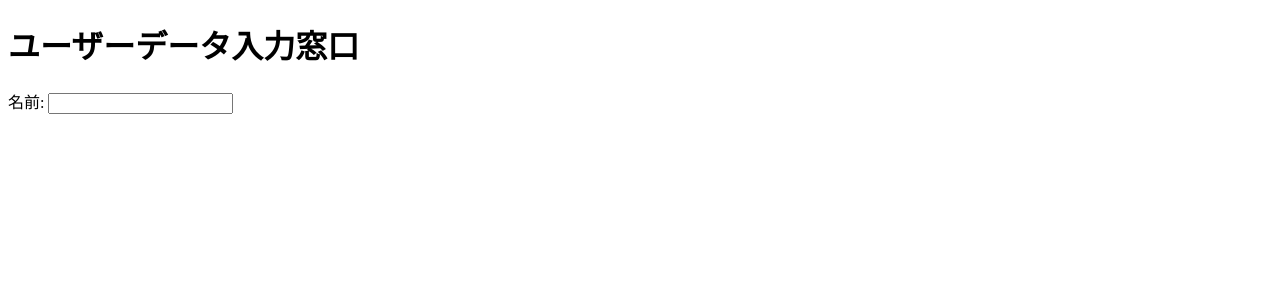
Repository: isopets/next-market
Page: form2.html
An editor plug-in stored every save of this project. The page is shown before and after a run of saves, followed by the edit.
The browser window is 1280 px wide. The pictures show the whole page.

Above is the page before, as saved 2022-06-08 00:50:20.

### form2.html
<!DOCTYPE html>
<html lang="en">

<head>
    <meta charset="UTF-8">
    <meta http-equiv="X-UA-Compatible" content="IE=edge">
    <meta name="viewport" content="width=device-width, initial-scale=1.0">
    <title>Document</title>
</head>

<body>
    <h1>ユーザーデータ入力窓口</h1>
    <form action="http://localhost:3000/api/user/register" method="POST">
        名前: <input type="text" name="name">
    </form>
</body>

</html>

After the next 4 saves:
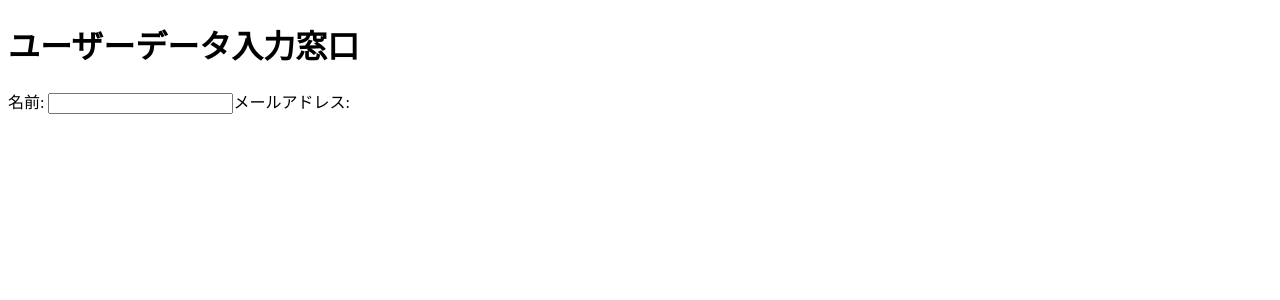
The 4 saves are shown as one change because they came seconds apart.
The last was saved 24 s later.
--- a/form2.html
+++ b/form2.html
@@ -11,7 +11,7 @@
 <body>
     <h1>ユーザーデータ入力窓口</h1>
     <form action="http://localhost:3000/api/user/register" method="POST">
-        名前: <input type="text" name="name">
+        名前: <input type="text" name="name">メールアドレス:
     </form>
 </body>
 
